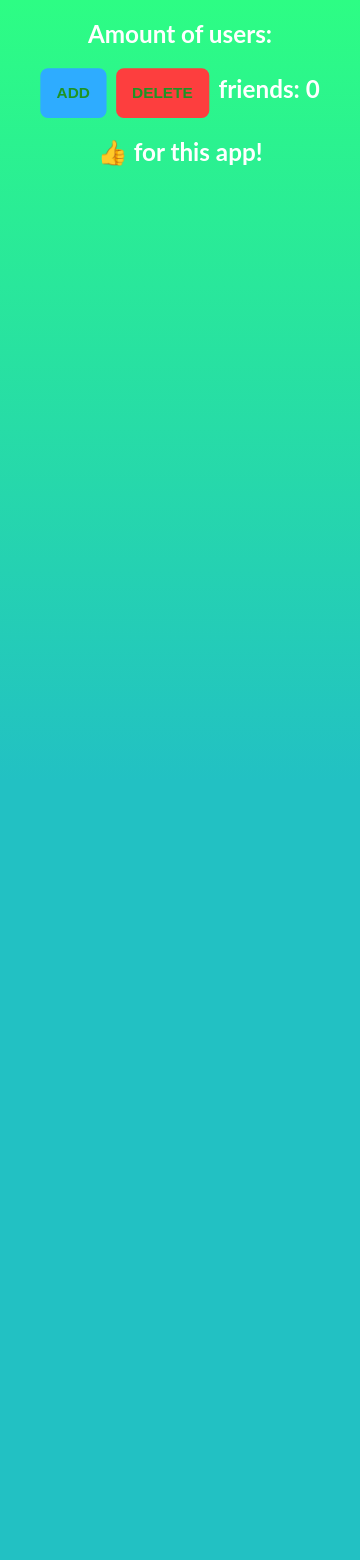
Repository: marcinszymaszek/facelook
Page: /
These files come from the project's save history. The page is drawn as it stood at one moment and after the next save; the edit follows.
The browser window is 375 px wide. The pictures show the whole page, at 96% of full size.
The page's requests for data from a server got no answer. The project was rebuilt for these pictures with package versions that can differ from the ones it lists, and the page was loaded fresh each time. No one was signed in, and anything a server would have sent is missing.

Above is the page before, as saved 2020-01-13 19:17:02.

### src/index.js
import React from 'react';
import ReactDOM from 'react-dom';
import './index.css';
import App from '../src/components/main/App';
import * as serviceWorker from './serviceWorker';

ReactDOM.render(<App />, document.getElementById('root'));

// If you want your app to work offline and load faster, you can change
// unregister() to register() below. Note this comes with some pitfalls.
// Learn more about service workers: https://bit.ly/CRA-PWA
serviceWorker.unregister();

### src/components/main/App.js
import React, { useState, useEffect } from 'react';
import Users from '../users/Users'
import MainInfo from '../information/MainInfo'
import axios from 'axios';

const App = () => {
  const [data, setData] = useState({ data: [] });

  useEffect(() => {

    //fetch via axios
    const fetchData = async () => {
      const result = await axios('https://reqres.in/api/users?page=2');
      setData(result.data);
    }
    fetchData();

    //   //fetch via fetch() method
    //   const fetchData = async () => {
    //     const response = await fetch('https://reqres.in/api/users?page=2');
    //     let data = await response.json()
    //     setData(data);
    //   }
    //     fetchData();

  }, []);

  const usersAmount = data.per_page;

  const allUsers = data.data.map(user => {
    return <>
      <p className="basic-info-article">
        <img src={user.avatar} alt='avatar' /><br />
        User name: <strong>{user.first_name}</strong>
      </p>
      <br />
    </>
  }
  );

  return (
    <>
      <div>
        <MainInfo usersAmount={usersAmount} />
        <Users allUsers={allUsers} />
      </div>
    </>
  )
}

export default App;

### src/components/users/Users.js
import React from 'react';
import './Users.css'

const Users = ({ allUsers }) => {

  return (
    <div className="info-container">
      <div>
        {allUsers}
      </div>
    </div>
  )

}

export default Users;

### src/components/information/MainInfo.js
import React, { useState } from 'react';
import './MainInfo.css'

const MainInfo = ({ usersAmount }) => {
    const [friends, setFreinds] = useState(0);
    const [isLiked, setIsLiked] = useState(true);

    function toggle() {
        setIsLiked(!isLiked);
    }

    return (
        <div className="info-container">
            <h3>
                Amount of users: {usersAmount}
            </h3>
            <h3>
                <button className="btn-add" onClick={() => setFreinds(friends + 1)}>ADD</button>
                <button className="btn-delete" onClick={() => setFreinds(friends - 1)}>DELETE</button>
                friends: {friends}
            </h3>
            <h3 id="thumb-txt" onClick={toggle}>
                {isLiked ? <span className="thumb" role="img" aria-label="like">&#128077;</span> :
                    <span className="thumb" role="img" aria-label="like">&#128078;</span>} for this app!
            </h3 >
            <br /><br />
        </div >
    )
}

export default MainInfo;

//========= SoloLearn =======================================================

### src/components/users/Users.css
body{
    color: rgb(255, 255, 255);
    font-family: Lato, sans-serif;
    font-size: 1.5em;
    background: rgb(34,193,195);
    background: linear-gradient(0deg, rgba(34,193,195,1) 50%, rgba(45,253,132,1) 100%);
    background-repeat: no-repeat;
    height: 100rem;
}

.info-container{
    line-height: 20px;
    font-size: 1.3rem;
    text-align: center;
}

img{
    margin-bottom: 0.5rem;
}

@media screen and (max-width: 1028px){
        .info-container{
            font-size: 1em;
        }
    }

@media screen and (max-width: 480px){
        .info-container{
            font-size: 0.9em;
        }
    }

### src/components/information/MainInfo.css
.thumb{
    cursor: pointer;
}

.btn-add, .btn-delete {
    background-color: rgb(46, 172, 255);
    border: none;
    color: white;
    padding: 10px 20px;
    text-align: center;
    text-decoration: none;
    display: inline-block;
    font-size: 16px;
    cursor: pointer;
    outline: 0;
    border-radius: 0.5em;
    margin-right: 10px;
    font-weight: bold;
}

@media screen and (max-width: 480px){
    .btn-add, .btn-delete {
        padding: 17px 17px;
        color: rgb(30, 148, 37);
    }
}

.btn-add {
    background-color: rgb(46, 172, 255);
}

.btn-add:hover{
    background-color: rgb(30, 165, 255);
}

.btn-delete {
    background-color: rgb(253, 62, 62);
}

.btn-delete:hover {
    background-color:  rgb(255, 38, 38);
}

Loaded but not shown: public/index.html (common file); src/index.css (common file); src/serviceWorker.js (common file)

After the next save:
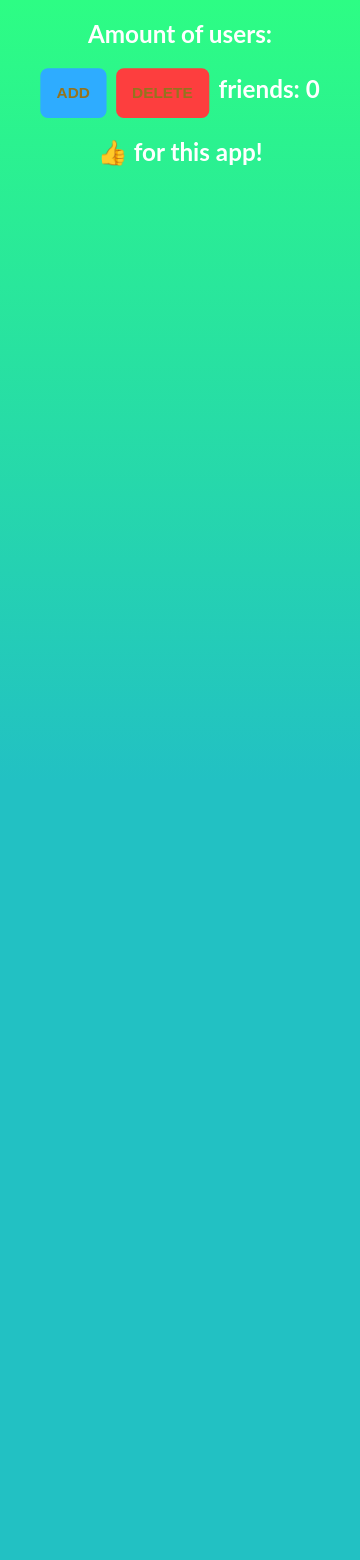
Saved 20 s later.
--- a/src/components/information/MainInfo.css
+++ b/src/components/information/MainInfo.css
@@ -21,7 +21,7 @@
 @media screen and (max-width: 480px){
     .btn-add, .btn-delete {
         padding: 17px 17px;
-        color: rgb(30, 148, 37);
+        color: rgb(148, 116, 30);
     }
 }
 
